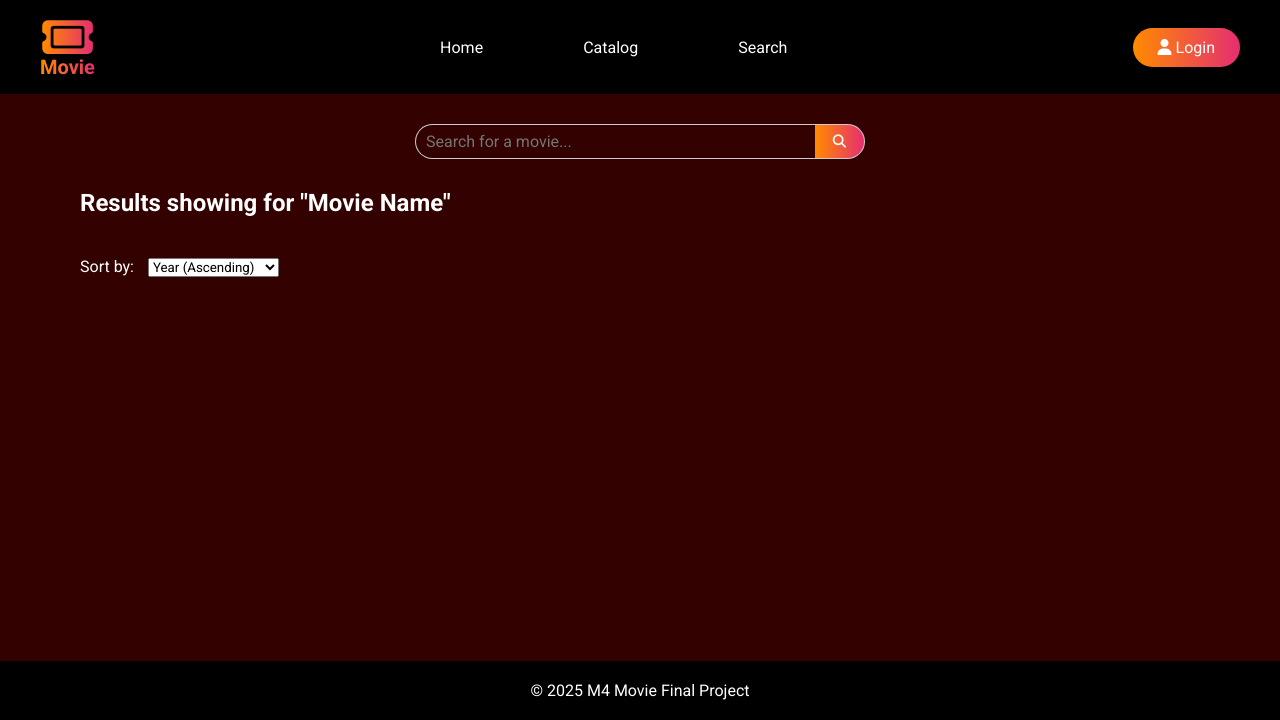
Repository: avivanguyen/m4_movie-FinalProject
Page: index.html
The author's editor kept a copy of each file at every save. The page is drawn from the files as they stood at one save, then again after a run of saves.
The browser window is 1280 px wide. The pictures show the whole page.
Some web libraries are served in a nearby version.

Above is the page before, as saved 2025-12-30 08:01:05.

After the next 5 saves:
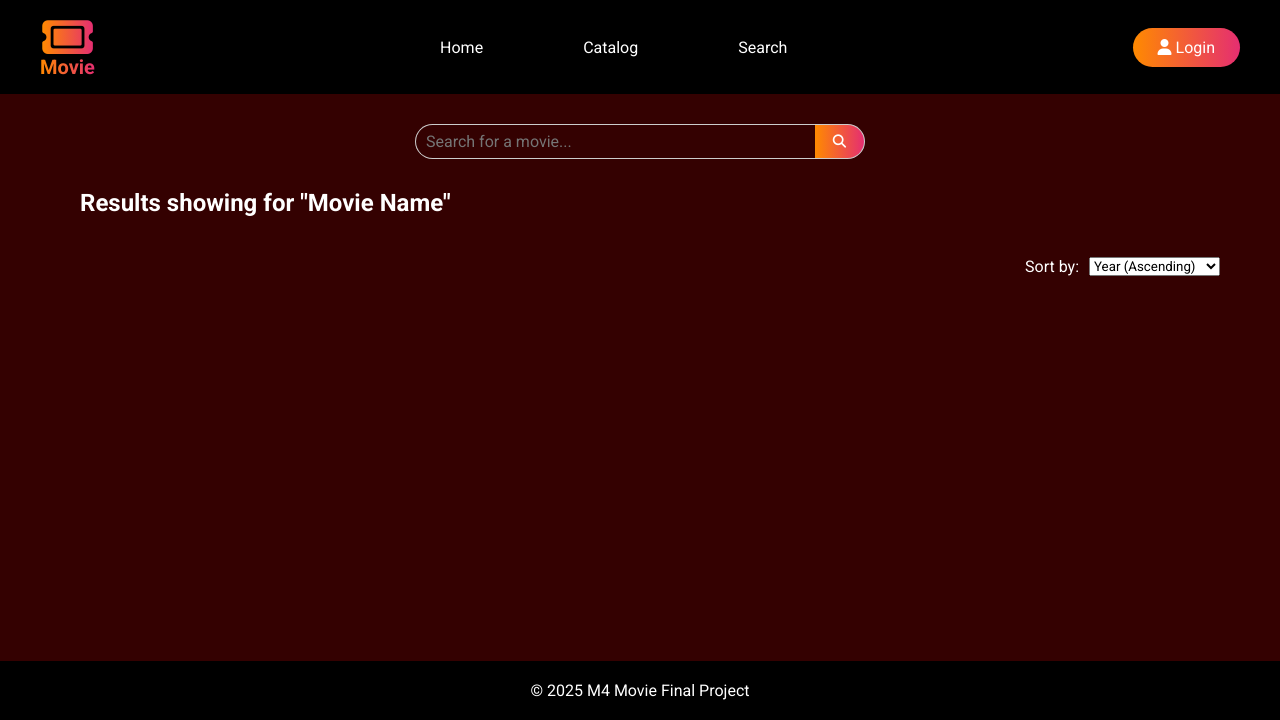
The 5 saves are shown as one change because they came seconds apart.
The last was saved 37 s later.
--- a/styles.css
+++ b/styles.css
@@ -153,7 +153,8 @@ SEARCH STYLES
 }
 
 .sort {
-    margin-left: 20px;
+    display: flex;
+    justify-content: flex-end;
 }
 
 /*
